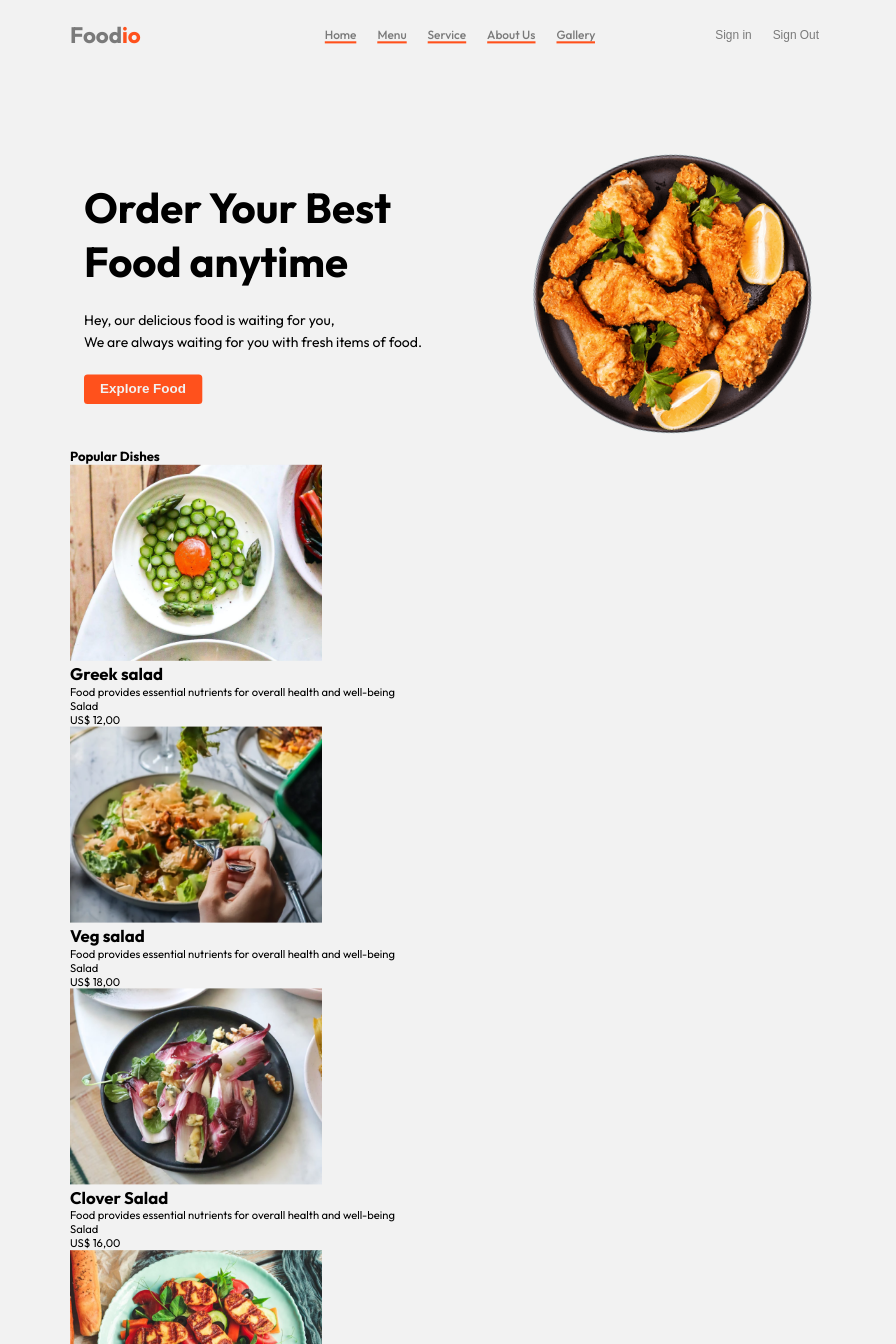
Repository: guilhermecardoso93/foodio
Page: /
These files come from the project's save history. The page is drawn as it stood at one moment and after the next save; the edit follows.
The browser window is 1280 px wide. The pictures show the part of the page from y = 0 to 1920 px (the page is 12632 px tall before and 720 px after), at 70% of full size.
The project was rebuilt for these pictures with package versions that can differ from the ones it lists, and the page was loaded fresh each time. Also part of the build but not shown: vite.config.js, src/index.css.

Above is the page before, as saved 2024-11-05 19:50:58.

### index.html
<!doctype html>
<html lang="en">

<head>
    <meta charset="UTF-8" />
    <link rel="icon" type="image/svg+xml" href="/" />
    <link rel="preconnect" href="https://fonts.googleapis.com">
    <link rel="preconnect" href="https://fonts.gstatic.com" crossorigin>
    <link href="https://fonts.googleapis.com/css2?family=Inter:ital,opsz,wght@0,14..32,100..900;1,14..32,100..900&family=Outfit:wght@100..900&display=swap" rel="stylesheet">
    <meta name="viewport" content="width=device-width, initial-scale=1.0" />
    <title>Foodio</title>
</head>

<body>
    <div id="root"></div>
    <script type="module" src="/src/main.jsx"></script>
</body>

</html>

### src/main.jsx
import { StrictMode } from "react";
import { createRoot } from "react-dom/client";
import { App } from "./App.jsx";

import "./index.css";
createRoot(document.getElementById("root")).render(
  <StrictMode>
    <App />
  </StrictMode>
);

### src/App.jsx
import "./App.css";
import { Main } from "./components/Main";
import { Menu } from "./components/Menu";

export function App() {
  return (
    <>
      <Menu />
      <Main />
    </>
  );
}

### src/App.css
*, ::after, ::before {
  margin: 0;
  padding: 0;
  box-sizing: border-box;
}

body {
  margin: 0 100px;
  background-color: #f2f2f2;
  font-family: "Outfit", serif;
}

### src/components/Main/index.jsx
import imagem1 from "../../assets/images/image1.png";
import imagem5 from "../../assets/images/image5.png";
import imagem4 from "../../assets/images/image4.png";
import { food_list } from "../../assets/assets";
import { CardItem } from "../CardItem";

import "./styles.css";

export function Main() {
  return (
    <main>
      <section className="grid">
        <div className="content">
          <div className="content-left">
            <div className="info">
              <h2>
                Order Your Best
                <br />
                Food anytime
              </h2>
              <p>
                Hey, our delicious food is waiting for you, <br /> We are always
                waiting for you with fresh items of food.
              </p>
            </div>
            <button>Explore Food</button>
          </div>
          <div className="content-right">
            <img src={imagem1} alt="" />
            <img src={imagem5} alt="" />
            <img src={imagem4} alt="" />
          </div>
        </div>
      </section>
      <section className="category">
        <div className="list-items">
          <h3>Popular Dishes</h3>
          {food_list.map((item, index) => {
            return (
              <CardItem
                image={item.image}
                name={item.name}
                price={item.price}
                description={item.description}
                category={item.category}
                key={index}
              />
            );
          })}
        </div>
      </section>
    </main>
  );
}

### src/components/Menu/index.jsx
import "./styles.css";

export function Menu() {
  function toggleMenu() {}

  return (
    <div className="navbar">
      <div className="navbar-logo">
        <h1>
          Food<b>io</b>
        </h1>
      </div>
      <div className="hamburguer" onClick={toggleMenu()}>
        <span className="bar"></span>
        <span className="bar"></span>
        <span className="bar"></span>
      </div>
      <ul className="navbar-link">
        <li className="active">
          <a href="/">Home</a>
        </li>
        <li className="active">
          <a href="/">Menu</a>
        </li>
        <li className="active">
          <a href="/">Service</a>
        </li>
        <li className="active">
          <a href="/">About Us</a>
        </li>
        <li className="active">
          <a href="/">Gallery</a>
        </li>
      </ul>
      <div className="auth-buttons">
        <input type="submit" className="sign" value="Sign in" name="signin" />
        <input type="submit" className="sign" value="Sign Out" name="signout" />
      </div>
    </div>
  );
}

### src/assets/assets.js

import food_1 from './food/food_1.png'
import food_2 from './food/food_2.png'
import food_3 from './food/food_3.png'
import food_4 from './food/food_4.png'
import food_5 from './food/food_5.png'
import food_6 from './food/food_6.png'
import food_7 from './food/food_7.png'
import food_8 from './food/food_8.png'
import food_9 from './food/food_9.png'
import food_10 from './food/food_10.png'
import food_11 from './food/food_11.png'
import food_12 from './food/food_12.png'
import food_13 from './food/food_13.png'
import food_14 from './food/food_14.png'
import food_15 from './food/food_15.png'
import food_16 from './food/food_16.png'
import food_17 from './food/food_17.png'
import food_18 from './food/food_18.png'
import food_19 from './food/food_19.png'
import food_20 from './food/food_20.png'
import food_21 from './food/food_21.png'
import food_22 from './food/food_22.png'
import food_23 from './food/food_23.png'
import food_24 from './food/food_24.png'
import food_25 from './food/food_25.png'
import food_26 from './food/food_26.png'
import food_27 from './food/food_27.png'
import food_28 from './food/food_28.png'
import food_29 from './food/food_29.png'
import food_30 from './food/food_30.png'
import food_31 from './food/food_31.png'
import food_32 from './food/food_32.png'


export const food_list = [
    {
        _id: "1",
        name: "Greek salad",
        image: food_1,
        price: 12,
        description: "Food provides essential nutrients for overall health and well-being",
        category: "Salad"
    },
    {
        _id: "2",
        name: "Veg salad",
        image: food_2,
        price: 18,
        description: "Food provides essential nutrients for overall health and well-being",
        category: "Salad"
    }, {
        _id: "3",
        name: "Clover Salad",
        image: food_3,
        price: 16,
        description: "Food provides essential nutrients for overall health and well-being",
        category: "Salad"
    }, {
        _id: "4",
        name: "Chicken Salad",
        image: food_4,
        price: 24,
        description: "Food provides essential nutrients for overall health and well-being",
        category: "Salad"
    }, {
        _id: "5",
        name: "Lasagna Rolls",
        image: food_5,
        price: 14,
        description: "Food provides essential nutrients for overall health and well-being",
        category: "Rolls"
    }, {
        _id: "6",
        name: "Peri Peri Rolls",
        image: food_6,
        price: 12,
        description: "Food provides essential nutrients for overall health and well-being",
        category: "Rolls"
    }, {
        _id: "7",
        name: "Chicken Rolls",
        image: food_7,
        price: 20,
        description: "Food provides essential nutrients for overall health and well-being",
        category: "Rolls"
    }, {
        _id: "8",
        name: "Veg Rolls",
        image: food_8,
        price: 15,
        description: "Food provides essential nutrients for overall health and well-being",
        category: "Rolls"
    }, {
        _id: "9",
        name: "Ripple Ice Cream",
        image: food_9,
        price: 14,
        description: "Food provides essential nutrients for overall health and well-being",
        category: "Deserts"
    }, {
        _id: "10",
        name: "Fruit Ice Cream",
        image: food_10,
        price: 22,
        description: "Food provides essential nutrients for overall health and well-being",
        category: "Deserts"
    }, {
        _id: "11",
        name: "Jar Ice Cream",
        image: food_11,
        price: 10,
        description: "Food provides essential nutrients for overall health and well-being",
        category: "Deserts"
    }, {
        _id: "12",
        name: "Vanilla Ice Cream",
        image: food_12,
        price: 12,
        description: "Food provides essential nutrients for overall health and well-being",
        category: "Deserts"
    },
    {
        _id: "13",
        name: "Chicken Sandwich",
        image: food_13,
        price: 12,
        description: "Food provides essential nutrients for overall health and well-being",
        category: "Sandwich"
    },
    {
        _id: "14",
        name: "Vegan Sandwich",
        image: food_14,
        price: 18,
        description: "Food provides essential nutrients for overall health and well-being",
        category: "Sandwich"
    }, {
        _id: "15",
        name: "Grilled Sandwich",
        image: food_15,
        price: 16,
        description: "Food provides essential nutrients for overall health and well-being",
        category: "Sandwich"
    }, {
        _id: "16",
        name: "Bread Sandwich",
        image: food_16,
        price: 24,
        description: "Food provides essential nutrients for overall health and well-being",
        category: "Sandwich"
    }, {
        _id: "17",
        name: "Cup Cake",
        image: food_17,
        price: 14,
        description: "Food provides essential nutrients for overall health and well-being",
        category: "Cake"
    }, {
        _id: "18",
        name: "Vegan Cake",
        image: food_18,
        price: 12,
        description: "Food provides essential nutrients for overall health and well-being",
        category: "Cake"
    }, {
        _id: "19",
        name: "Butterscotch Cake",
        image: food_19,
        price: 20,
        description: "Food provides essential nutrients for overall health and well-being",
        category: "Cake"
    }, {
        _id: "20",
        name: "Sliced Cake",
        image: food_20,
        price: 15,
        description: "Food provides essential nutrients for overall health and well-being",
        category: "Cake"
    }, {
        _id: "21",
        name: "Garlic Mushroom ",
        image: food_21,
        price: 14,
        description: "Food provides essential nutrients for overall health and well-being",
        category: "Pure Veg"
    }, {
        _id: "22",
        name: "Fried Cauliflower",
        image: food_22,
        price: 22,
        description: "Food provides essential nutrients for overall health and well-being",
        category: "Pure Veg"
    }, {
        _id: "23",
        name: "Mix Veg Pulao",
        image: food_23,
        price: 10,
        description: "Food provides essential nutrients for overall health and well-being",
        category: "Pure Veg"
    }, {
        _id: "24",
        name: "Rice Zucchini",
        image: food_24,
        price: 12,
        description: "Food provides essential nutrients for overall health and well-being",
        category: "Pure Veg"
    },
    {
        _id: "25",
        name: "Cheese Pasta",
        image: food_25,
        price: 12,
        description: "Food provides essential nutrients for overall health and well-being",
        category: "Pasta"
    },
    {
        _id: "26",
        name: "Tomato Pasta",
        image: food_26,
        price: 18,
        description: "Food provides essential nutrients for overall health and well-being",
        category: "Pasta"
    }, {
        _id: "27",
        name: "Creamy Pasta",
        image: food_27,
        price: 16,
        description: "Food provides essential nutrients for overall health and well-being",
        category: "Pasta"
    }, {
        _id: "28",
        name: "Chicken Pasta",
        image: food_28,
        price: 24,
        description: "Food provides essential nutrients for overall health and well-being",
        category: "Pasta"
    }, {
        _id: "29",
        name: "Buttter Noodles",
        image: food_29,
        price: 14,
        description: "Food provides essential nutrients for overall health and well-being",
        category: "Noodles"
    }, {
        _id: "30",
        name: "Veg Noodles",
        image: food_30,
        price: 12,
        description: "Food provides essential nutrients for overall health and well-being",
        category: "Noodles"
    }, {
        _id: "31",
        name: "Somen Noodles",
        image: food_31,
        price: 20,
        description: "Food provides essential nutrients for overall health and well-being",
        category: "Noodles"
    }, {
        _id: "32",
        name: "Cooked Noodles",
        image: food_32,
        price: 15,
        description: "Food provides essential nutrients for overall health and well-being",
        category: "Noodles"
    }
]

### src/components/CardItem/index.jsx
export function CardItem({ image, name, price, description, category }) {
  const formatarPreco = (valor) => {
    return new Intl.NumberFormat("pt-BR", {
      style: "currency",
      currency: "USD",
    }).format(valor);
  };
  return (
    <div className="card-list">
      <img src={image} alt="" />
      <div className="food-title">
        <h1>{name}</h1>
      </div>
      <div className="desc-food">
        <p>{description}</p>
        <p>{category}</p>
      </div>
      <div className="price">
        <span>{formatarPreco(price)}</span>
      </div>
    </div>
  );
}

### src/components/Main/styles.css
.content {
  display: grid;
  grid-template-columns: 50% auto;
  margin-top: 100px;
  gap: 30px;
  align-items: center;
  justify-content: space-between;
  width: 100%;
}

.content-left {
  display: block;
  width: 100%;
}

.content-left .info {
  max-width: 100%;
  display: flex;
  flex-direction: column;
}

.content-left .info h2 {
  font-size: 60px;
  margin-bottom: 30px;
}

.content-left .info p {
  font-size: 20px;
  line-height: 2pc;
  margin-bottom: 30px;
}

.content-left button {
  padding: 10px 23px;
  background-color: #ff511c;
  color: #f2f2f2;
  border-radius: 5px;
  border: none;
  cursor: pointer;
  font-weight: 600;
  font-size: 1.2rem;
  margin-bottom: 5px;
}

.content-left button:hover {
  color: #ff511c;
  background-color: #f2f2f2;
  border: solid 2px #ff511c;
  padding: 8px 21px;
}

.grid {
  width: 100%;
  max-width: 1200px;
  margin: 0 auto;
  padding: 20px;
}

.content-right {
  position: relative;
  height: 400px;
  width: 400px;
  display: flex;
  justify-content: center;
  align-items: center;
}

.content-right img {
  position: absolute;
  width: 100%;
  height: 100%;
  object-fit: cover;
  opacity: 0;
  animation: imageSwitch 15s infinite, rotate 3s linear infinite;
  transform-origin: center center;
}

.content-right img:nth-child(1) {
  animation-delay: 0s;
}

.content-right img:nth-child(2) {
  animation-delay: 5s;
}

.content-right img:nth-child(3) {
  animation-delay: 10s;
}

@keyframes rotate {
  from {
    transform: rotate(0deg);
  }

  to {
    transform: rotate(360deg);
  }
}

@keyframes imageSwitch {
  0%, 33% {
    opacity: 1;
  }

  34%, 100% {
    opacity: 0;
  }
}

### src/components/Menu/styles.css
.navbar {
  width: 100%;
  display: flex;
  justify-content: space-between;
  align-items: center;
  padding: 30px 0;
}

.navbar-logo {
  font-weight: 600;
  color: rgb(122, 122, 122);
}

.navbar-logo b {
  color: #ff511c;
}

.navbar-link {
  display: flex;
  list-style: none;
}

.navbar-link li {
  margin-right: 30px;
}

.navbar-link li a {
  text-decoration: none;
  color: rgb(122, 122, 122);
  font-weight: 500;
  font-size: 17px;
}

.navbar-link li a:hover {
  color: #ff511c;
}

.navbar-link .active::after {
  content: "";
  width: 100%;
  height: 3px;
  background-color: #ff511c;
  display: flex;
  position: relative;
  margin-top: 3x;
}

.auth-buttons {
  display: flex;
  align-items: center;
  gap: 10px;
}

input {
  padding: 10px;
  cursor: pointer;
  font-weight: 600;
}

.sign {
  background: transparent;
  border: none;
  color: rgb(122, 122, 122);
  font-weight: 500;
  font-size: 17px;
  text-decoration: none;
}

.sign:hover {
  background-color: #ff511c;
  border-radius: 10px;
  color: black;
}

After the next save:
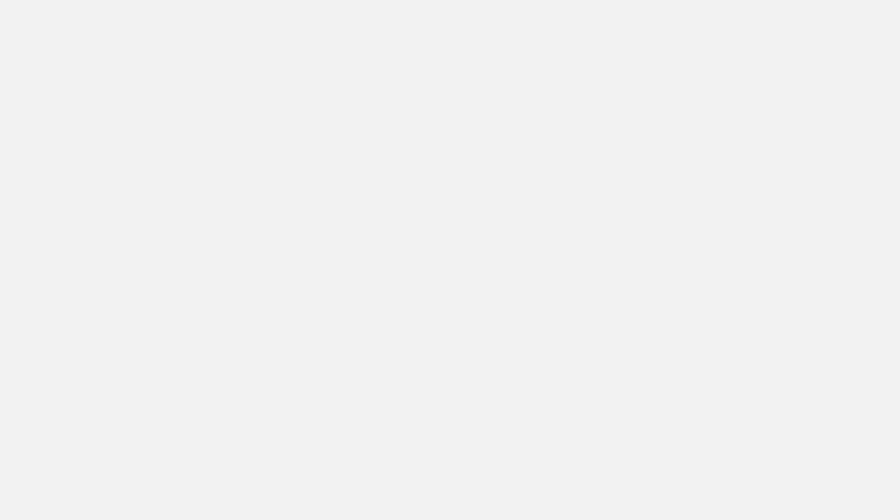
Console error: ReferenceError: imagem5 is not defined
Saved 13 s later.
--- a/src/components/Main/index.jsx
+++ b/src/components/Main/index.jsx
@@ -1,5 +1,4 @@
 import imagem1 from "../../assets/images/image1.png";
-import imagem5 from "../../assets/images/image5.png";
 import imagem4 from "../../assets/images/image4.png";
 import { food_list } from "../../assets/assets";
 import { CardItem } from "../CardItem";

After the save that followed:
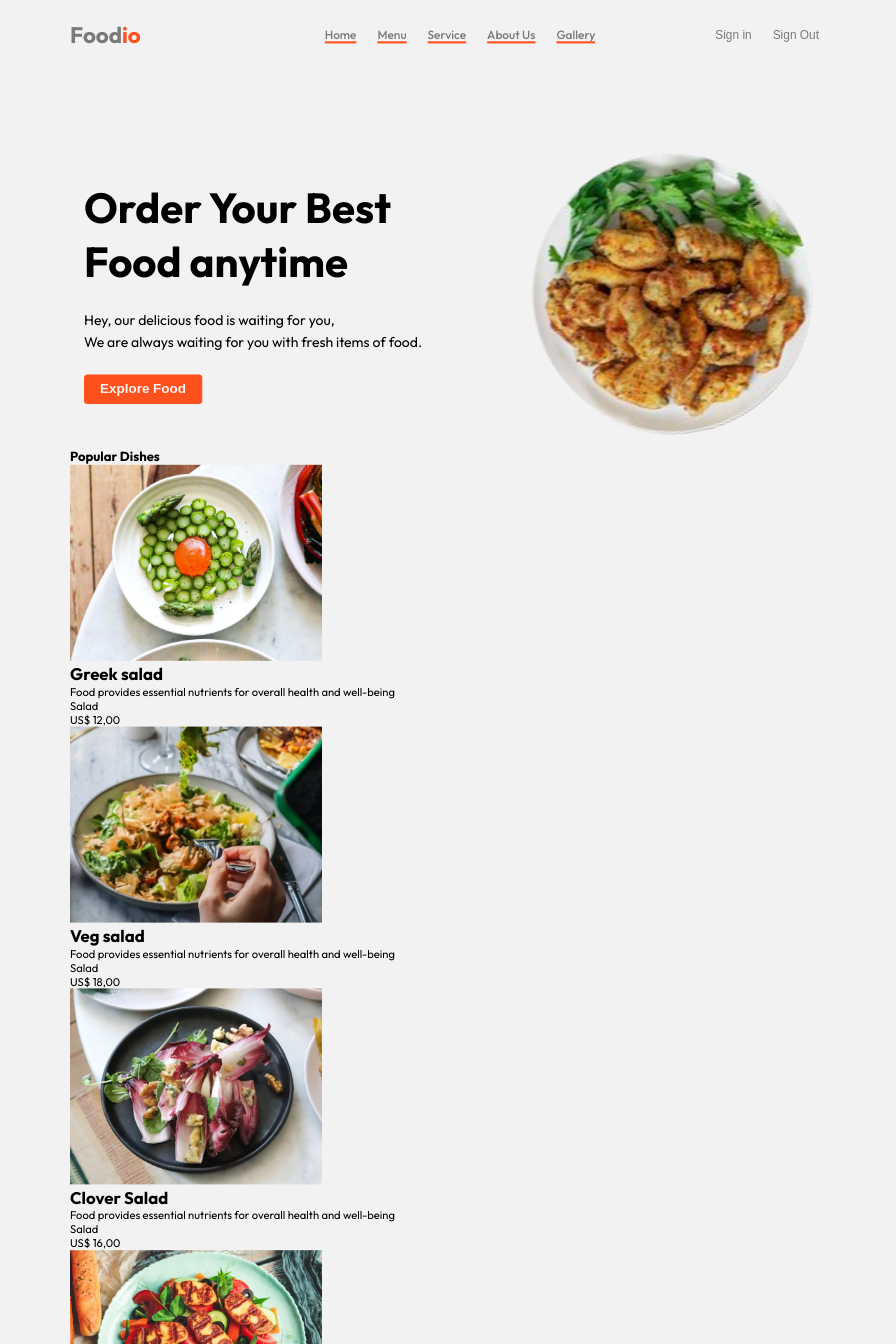
The error is gone.
Saved 8 s later.
--- a/src/components/Main/index.jsx
+++ b/src/components/Main/index.jsx
@@ -26,7 +26,6 @@
           </div>
           <div className="content-right">
             <img src={imagem1} alt="" />
-            <img src={imagem5} alt="" />
             <img src={imagem4} alt="" />
           </div>
         </div>
